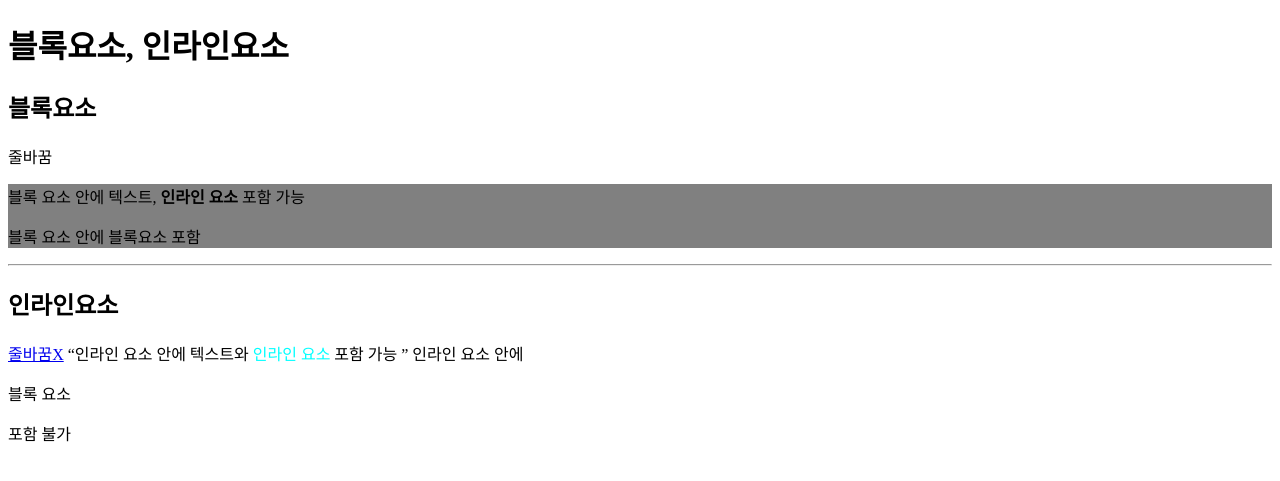
Repository: RUCKUSJERRY/PracticeOfUI
Page: UI01_HTML/WebContent/html01-block-inline.html
The author's editor kept a copy of each file at every save. The page is drawn from the files as they stood at one save, then again after the next save.
The browser window is 1280 px wide. The pictures show the whole page.

Above is the page before, as saved 2021-01-14 03:38:26.

After the next save:
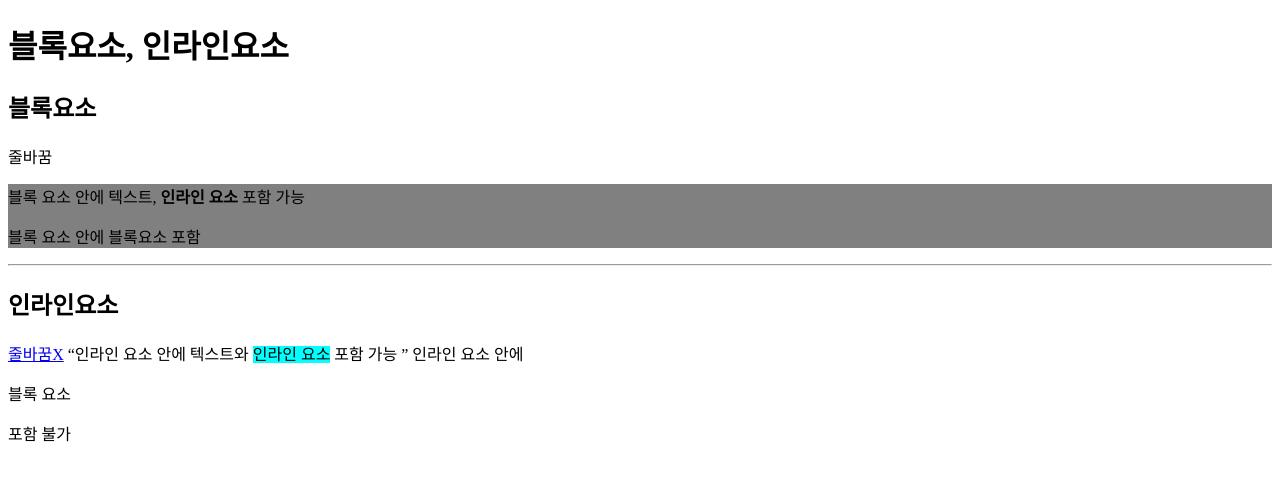
Saved 5 min 31 s later.
--- a/UI01_HTML/WebContent/html01-block-inline.html
+++ b/UI01_HTML/WebContent/html01-block-inline.html
@@ -19,7 +19,7 @@
 
 	<h2>인라인요소</h2>
 	<a href="http://www.naver.com">줄바꿈X</a>
-	<q>인라인 요소 안에 텍스트와 <a style="color : aqua;">인라인 요소</a> 포함 가능 </q>
+	<q>인라인 요소 안에 텍스트와 <a style="background-color : aqua;">인라인 요소</a> 포함 가능 </q>
 	<span>인라인 요소 안에 <p>블록 요소</p>포함 불가</span>
 
 	<!--  사용은 가능하지만, 지양하자. -->
